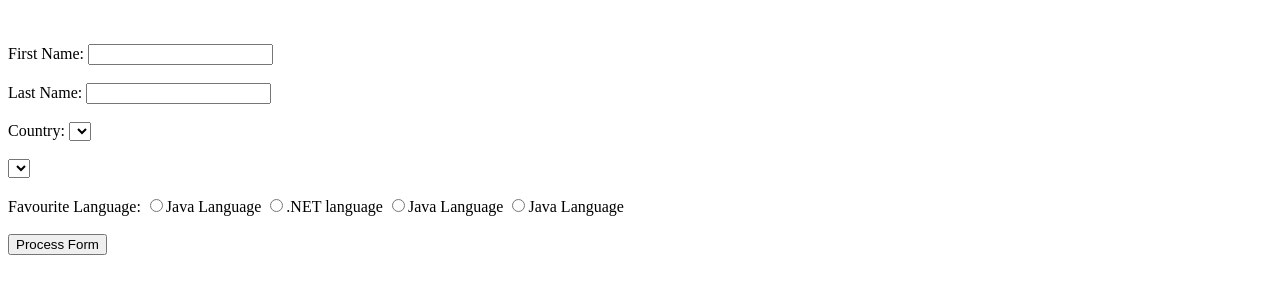
Repository: mandavalliranjit/SpringMVC
Page: http://localhost/spring-formtags-demo/WEB-INF/view/student-form.jsp
An editor plug-in stored every save of this project. The page is shown before and after a run of saves, followed by the edit.
The browser window is 1280 px wide. The pictures show the whole page.
The page is served by Tomcat 9. Nobody is signed in. Other server files are loaded and not shown. The template is opened directly, without the code that normally fills it, so the values that code supplies are empty.

Above is the page before, as saved 2022-01-23 13:56:22.

### spring-formtags-demo/WebContent/WEB-INF/view/student-form.jsp
<%@ taglib prefix="form" uri="http://www.springframework.org/tags/form"%>
<!DOCTYPE html>
<html>
<head>
<title>Student Registration Form</title>
</head>

<form:form action="processForm" modelAttribute="studentFromPage">
	<br></br>
First Name: <form:input path="firstName" />
	<br></br>
Last Name: <form:input path="lastName" />
	<br></br>
Country:
	<form:select path="country">
		<form:options items="${studentFromPage.countryOptions}" />
	</form:select>

	<br></br>

	<form:select path="city">
		<form:options items="${cityOptionsInController}" />
	</form:select>

	<br></br>
	Favourite Language:
	 <form:radiobutton path="favoriteLanguage" value="Java" label="Java Language" />
	 <form:radiobutton path="favoriteLanguage" value="C#" label=".NET language" />
	 <form:radiobutton path="favoriteLanguage" value="PHP" label="Java Language" />
	 <form:radiobutton path="favoriteLanguage" value="Java" label="Java Language" />

	<br></br>


	<input type="submit" value="Process Form" />


</form:form>


<body>

</body>
</html>

After the next 2 saves:
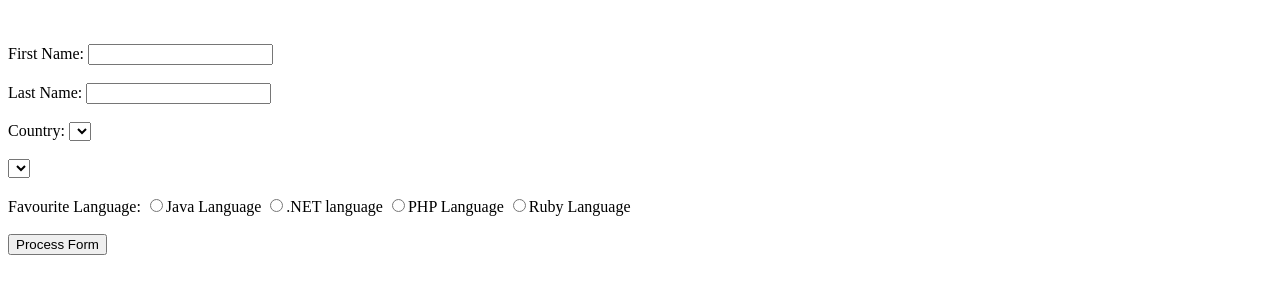
The 2 saves are shown as one change because they came seconds apart.
The last was saved 11 s later.
--- a/spring-formtags-demo/WebContent/WEB-INF/view/student-form.jsp
+++ b/spring-formtags-demo/WebContent/WEB-INF/view/student-form.jsp
@@ -26,8 +26,8 @@ Country:
 	Favourite Language:
 	 <form:radiobutton path="favoriteLanguage" value="Java" label="Java Language" />
 	 <form:radiobutton path="favoriteLanguage" value="C#" label=".NET language" />
-	 <form:radiobutton path="favoriteLanguage" value="PHP" label="Java Language" />
-	 <form:radiobutton path="favoriteLanguage" value="Java" label="Java Language" />
+	 <form:radiobutton path="favoriteLanguage" value="PHP" label="PHP Language" />
+	 <form:radiobutton path="favoriteLanguage" value="Ruby" label="Ruby Language" />
 
 	<br></br>
 
